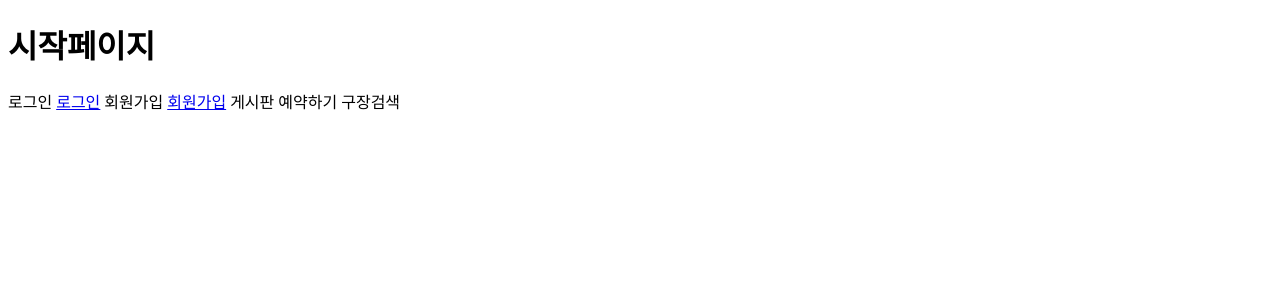
Repository: shinyunseok/portfolio1
Page: portfolio/src/main/resources/static/index.html
An editor plug-in stored every save of this project. The page is shown before and after the next save, followed by the edit.
The browser window is 1280 px wide. The pictures show the whole page.

Above is the page before, as saved 2023-05-24 07:49:38.

### portfolio/src/main/resources/static/index.html
<!DOCTYPE html>
<html>
<head>
<meta charset="UTF-8">
<title>Index</title>
</head>
<body>
	<h1>시작페이지</h1>

	로그인 <a href="login.do">로그인</a>
	회원가입 <a href="insertUser.do">회원가입</a>
	 <a>게시판</a>
	 <a>예약하기</a>
	<a>구장검색</a>
</body>
</html>

After the next save:
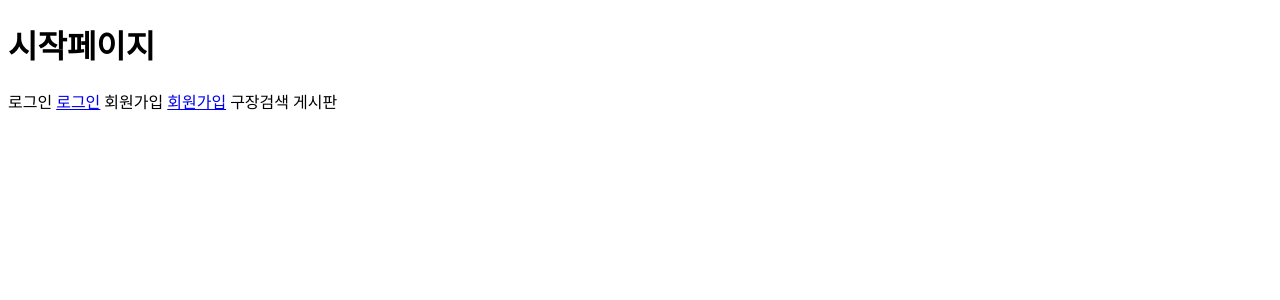
Saved 77 s later.
--- a/portfolio/src/main/resources/static/index.html
+++ b/portfolio/src/main/resources/static/index.html
@@ -9,8 +9,7 @@
 
 	로그인 <a href="login.do">로그인</a>
 	회원가입 <a href="insertUser.do">회원가입</a>
-	 <a>게시판</a>
-	 <a>예약하기</a>
 	<a>구장검색</a>
+	<a>게시판</a>
 </body>
 </html>
